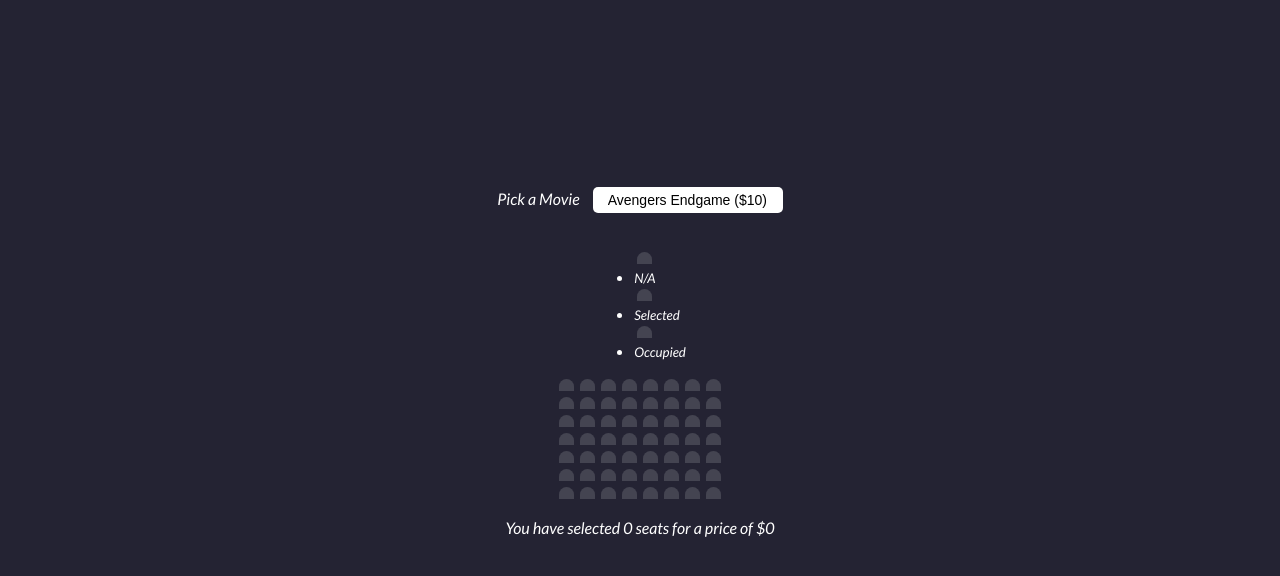
Repository: Izaya171/programming
Page: movieTickets/index.html
The author's editor kept a copy of each file at every save. The page is drawn from the files as they stood at one save, then again after the next save.
The browser window is 1280 px wide. The pictures show the whole page.

Above is the page before, as saved 2021-09-18 15:16:17.

### movieTickets/index.html
<!DOCTYPE html>
<html lang="en">

<head>
    <meta charset="UTF-8">
    <meta http-equiv="X-UA-Compatible" content="IE=edge">
    <meta name="viewport" content="width=device-width, initial-scale=1.0">
    <link rel="stylesheet" href="styles.css">
    <title>Movie Seat Booking</title>
</head>

<body>
    <div class="movie-container">
        <label>Pick a Movie</label>
        <select id="movie">
            <option value="10">Avengers Endgame ($10)</option>
            <option value="12">Joker ($12)</option>
            <option value="8">Toy Story 4 ($8)</option>
            <option value="9">Lion King ($9)</option>
        </select>
    </div>

    <ul class="showcase">
        <li>
            <div class="seat"></div>
            <small>N/A</small>
        </li>
        <li>
            <div class="seat selected"></div>
            <small>Selected</small>
        </li>
        <li>
            <div class="seat occupied"></div>
            <small>Occupied</small>
        </li>
    </ul>

    <div class="container">
        <div class="screen"></div>

        <div class="row">
            <div class="seat"></div>
            <div class="seat"></div>
            <div class="seat occupied"></div>
            <div class="seat"></div>
            <div class="seat occupied"></div>
            <div class="seat"></div>
            <div class="seat"></div>
            <div class="seat occupied"></div>
        </div>
        <div class="row">
            <div class="seat"></div>
            <div class="seat occupied"></div>
            <div class="seat"></div>
            <div class="seat occupied"></div>
            <div class="seat"></div>
            <div class="seat"></div>
            <div class="seat"></div>
            <div class="seat"></div>
        </div>
        <div class="row">
            <div class="seat"></div>
            <div class="seat"></div>
            <div class="seat"></div>
            <div class="seat"></div>
            <div class="seat"></div>
            <div class="seat"></div>
            <div class="seat"></div>
            <div class="seat"></div>
        </div>
        <div class="row">
            <div class="seat"></div>
            <div class="seat"></div>
            <div class="seat occupied"></div>
            <div class="seat"></div>
            <div class="seat"></div>
            <div class="seat"></div>
            <div class="seat occupied"></div>
            <div class="seat"></div>
        </div>
        <div class="row">
            <div class="seat occupied"></div>
            <div class="seat"></div>
            <div class="seat"></div>
            <div class="seat"></div>
            <div class="seat"></div>
            <div class="seat"></div>
            <div class="seat"></div>
            <div class="seat"></div>
        </div>
        <div class="row">
            <div class="seat"></div>
            <div class="seat"></div>
            <div class="seat"></div>
            <div class="seat"></div>
            <div class="seat"></div>
            <div class="seat"></div>
            <div class="seat"></div>
            <div class="seat"></div>
        </div>
        <div class="row">
            <div class="seat"></div>
            <div class="seat"></div>
            <div class="seat"></div>
            <div class="seat"></div>
            <div class="seat"></div>
            <div class="seat"></div>
            <div class="seat"></div>
            <div class="seat"></div>
        </div>
    </div>

    <p class="text">You have selected <span id="count">0</span> seats for a price of $<span id="total">0</span></span>
    </p>

    <script src="script.js"></script>
</body>

</html>

### movieTickets/styles.css
@import url('https://fonts.googleapis.com/css2?family=Lato:ital@1&display=swap');
* {
    box-sizing: border-box;
}

body {
    background-color: #242333;
    display: flex;
    flex-direction: column;
    color: #fff;
    align-items: center;
    justify-content: center;
    height: 100vh;
    font-family: 'lato', sans-serif;
    margin: 0;
}

.movie-container {
    margin: 20px 0;
}

.movie-container select {
    background-color: white;
    border: 0;
    border-radius: 5px;
    font-size: 14px;
    margin-left: 10px;
    padding: 5px 15px 5px 15px;
    -moz-appearance: none;
    -webkit-appearance: none;
    appearance: none;
}

.seat {
    background-color: #444451;
    height: 12px;
    width: 15px;
    margin: 3px;
    border-top-left-radius: 10px;
    border-top-right-radius: 10px;
}

seat.selected {
    background-color: #6feaf6;
}

.row {
    display: flex;
}

Loaded but not shown: movieTickets/script.js (no stored copy; drawn as an empty file)

After the next save:
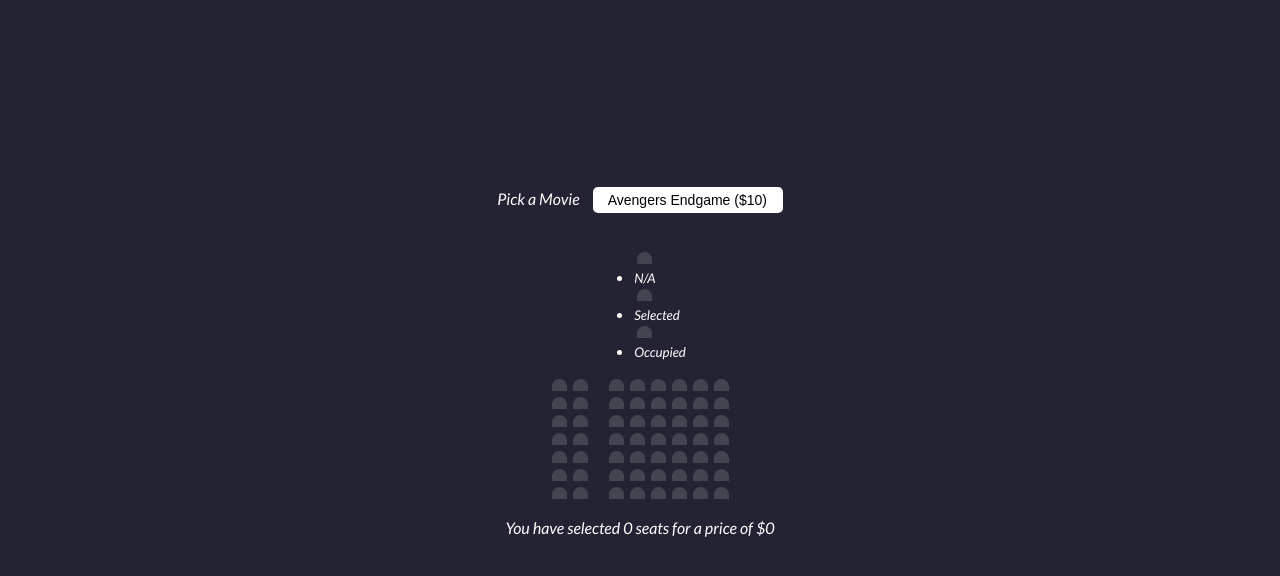
Saved 110 s later.
--- a/movieTickets/styles.css
+++ b/movieTickets/styles.css
@@ -44,6 +44,14 @@ seat.selected {
     background-color: #6feaf6;
 }
 
+seat.occupied {
+    background-color: white;
+}
+
+.seat:nth-of-type(2) {
+    margin-right: 18px;
+}
+
 .row {
     display: flex;
 }
